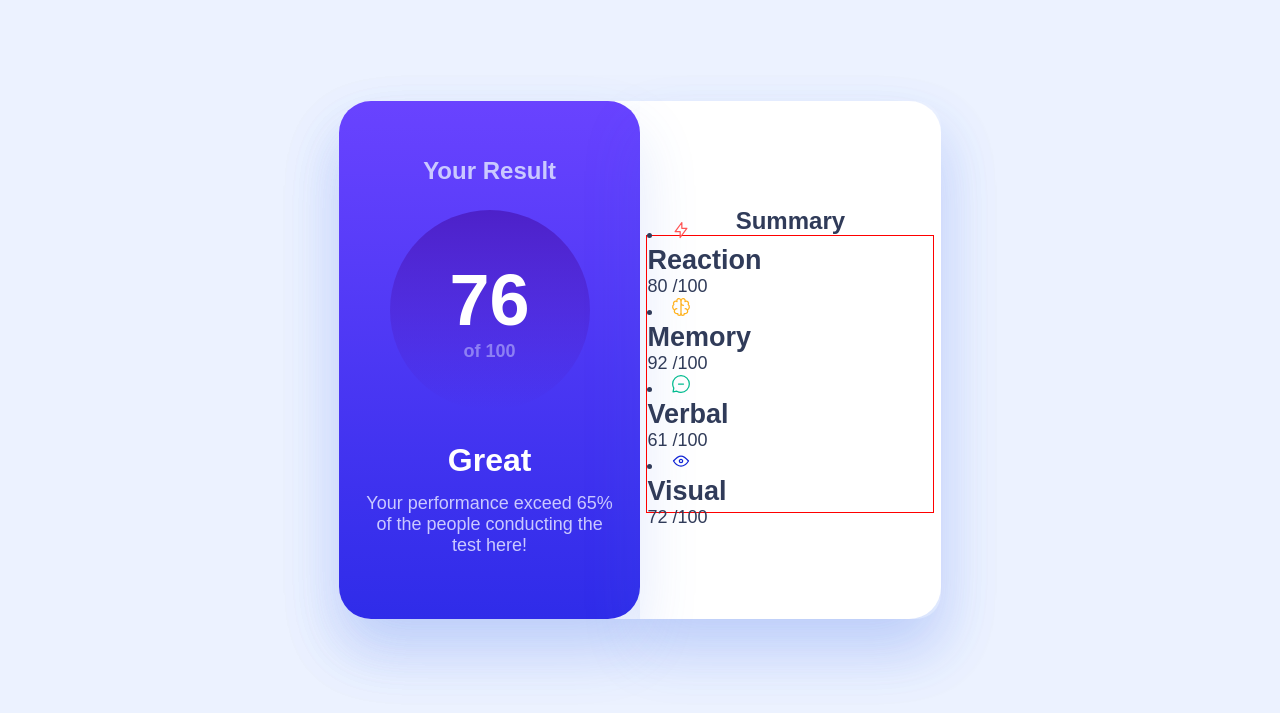
Repository: KamoliddinGIT/result-summary
Page: index.html
These files come from the project's save history. The page is drawn as it stood at one moment and after the next save; the edit follows.
The browser window is 1280 px wide. The pictures show the whole page.
Some web fonts or font styles are not loaded; a fallback is used.

Above is the page before, as saved 2023-09-08 16:01:00.

### index.html
<!DOCTYPE html>
<html lang="en">
  <head>
    <meta charset="UTF-8" />
    <meta name="viewport" content="width=device-width, initial-scale=1.0" />
    <link
      rel="icon"
      type="image/png"
      sizes="32x32"
      href="./assets/images/favicon-32x32.png"
    />
    <link rel="stylesheet" href="css/style.css" />
    <title>Frontend Mentor | Results summary component</title>
  </head>
  <body>
    <div class="container">
      <div class="result-box">
        <h1 class="result__heading">Your Result</h1>
        <div class="result__score">
          <h1>76</h1>
          <span>of 100</span>
        </div>
        <div class="result__comment">
          <h1>Great</h1>
          <p>
            Your performance exceed 65% of the people conducting the test here!
          </p>
        </div>
      </div>
      <div class="summary-box">
        <h1 class="summary__title">Summary</h1>
        <div class="summary__stats">
          <li>
            <img src="./assets/images/icon-reaction.svg" alt="logo" />
            <h2>Reaction</h2>
            <span>80 /100</span>
          </li>
          <li>
            <img src="./assets/images/icon-memory.svg" alt="logo" />
            <h2>Memory</h2>
            <span>92 /100</span>
          </li>
          <li>
            <img src="./assets/images/icon-verbal.svg" alt="logo" />
            <h2>Verbal</h2>
            <span>61 /100</span>
          </li>
          <li>
            <img src="/assets/images/icon-visual.svg" alt="logo" />
            <h2>Visual</h2>
            <span>72 /100</span>
          </li>
        </div>
      </div>
    </div>

    <script src="js/index.js"></script>
  </body>
</html>

### css/style.css
/* FONT-FACE */
@font-face {
  font-family: "Hanken Grotesk";
  src: url("../fonts/HankenGrotesk-ExtraBold.woff2") format("woff2"),
    url("../fonts/HankenGrotesk-ExtraBold.woff") format("woff");
  font-weight: bold;
  font-style: normal;
  font-display: swap;
}

@font-face {
  font-family: "Hanken Grotesk";
  src: url("../fonts/HankenGrotesk-Medium.woff2") format("woff2"),
    url("../fonts/HankenGrotesk-Medium.woff") format("woff");
  font-weight: 500;
  font-style: normal;
  font-display: swap;
}

@font-face {
  font-family: "Hanken Grotesk";
  src: url("../fonts/HankenGrotesk-Bold.woff2") format("woff2"),
    url("../fonts/HankenGrotesk-Bold.woff") format("woff");
  font-weight: bold;
  font-style: normal;
  font-display: swap;
}

* {
  margin: 0;
  padding: 0;
  box-sizing: border-box;
}

body {
  display: flex;
  flex-direction: column;
  justify-content: center;
  align-items: center;
  height: 100vh;
  padding: 0;
  margin: 0;
  font-family: "Hanken Grotesk", "Arial", sans-serif;
  font-size: 18px;
  font-weight: 500;
  line-height: normal;
  background-color: #ecf2ff;
  color: #303b59;
}

.container {
  width: 47%;
  display: flex;
  justify-content: center;
  align-items: center;
  height: 72%;
  background-color: #ffffff;
  box-shadow: 0px 30px 60px 0px rgba(61, 108, 236, 0.15);
  border-radius: 32px;
}

.result-box {
  width: 50%;
  height: 100%;
  border-radius: 32px;
  box-shadow: 0px 30px 60px 0px rgba(61, 108, 236, 0.15);
  background-image: linear-gradient(
    180deg,
    #75f 0%,
    #6943ff 0.01%,
    #2f2ce9 100%
  );
  color: #cac9ff;
  box-shadow: 0px 30px 60px 0px rgba(61, 108, 236, 0.15);
  display: flex;
  flex-direction: column;
  align-items: center;
  justify-content: center;
  gap: 25px;
}

.summary-box {
  display: flex;
  flex-direction: column;
  align-items: center;
  justify-content: center;
  width: 50%;
  height: 100%;
  border-radius: 0 25px 25px 0;
  box-shadow: 0px 30px 60px 0px rgba(61, 108, 236, 0.15);
}

.result__heading {
  font-size: 24px;
}

.result__score {
  display: flex;
  flex-direction: column;
  justify-content: center;
  align-items: center;
  width: 200px;
  height: 200px;
  border-radius: 50%;
  background-image: linear-gradient(
    180deg,
    #4d21c9 0%,
    rgba(37, 33, 201, 0) 100%,
    rgba(37, 33, 201, 0) 100%
  );
}

.result__score h1 {
  font-size: 72px;
  color: #ffffff;
}

.result__score span {
  color: #cac9ff;
  font-weight: 700;
  opacity: 0.5168;
  font-size: 18px;
}

.result__comment {
  display: flex;
  justify-content: space-around;
  align-items: center;
  flex-direction: column;
  text-align: center;
  width: 260px;
  height: 127px;
}

.result__comment h1 {
  font-size: 32px;
  color: #ffffff;
}

.result__comment p {
  font-size: 18px;
  color: #cac9ff;
  font-weight: 500;
  line-height: normal;
}

.summary__title {
  color: #303b59;
  font-size: 24px;
  font-weight: bold;
}

.summary__stats {
  width: 288px;
  height: 278px;
  display: flex;
  flex-direction: column;
  justify-content: center;
  align-items: start;
  border: 1px solid red;
}

### js/index.js
"use strict";

const data = [
  {
    category: "Reaction",
    score: 80,
    icon: "img/icon-reaction.svg",
  },
  {
    category: "Memory",
    score: 92,
    icon: "img/icon-memory.svg",
  },
  {
    category: "Verbal",
    score: 61,
    icon: "img/icon-verbal.svg",
  },
  {
    category: "Visual",
    score: 72,
    icon: "img/icon-visual.svg",
  },
];

After the next save:
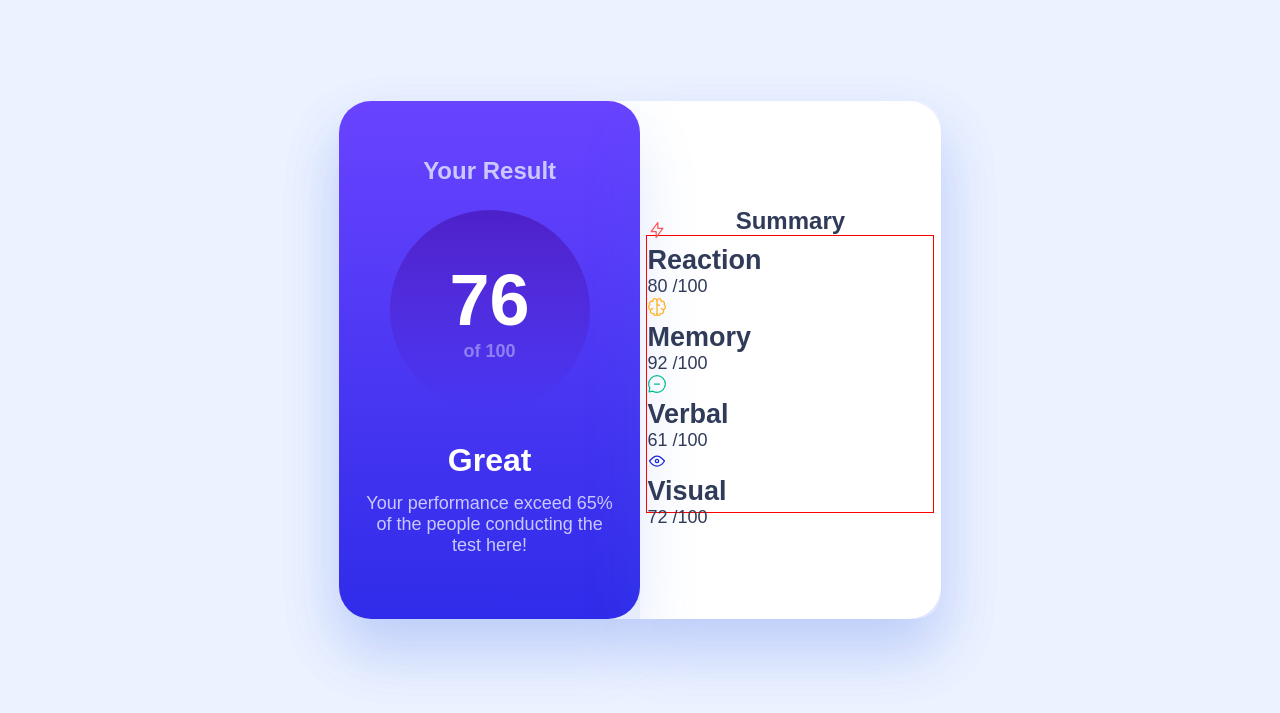
Saved 12 s later.
--- a/css/style.css
+++ b/css/style.css
@@ -157,5 +157,6 @@ body {
   flex-direction: column;
   justify-content: center;
   align-items: start;
+  list-style-type: none;
   border: 1px solid red;
 }
